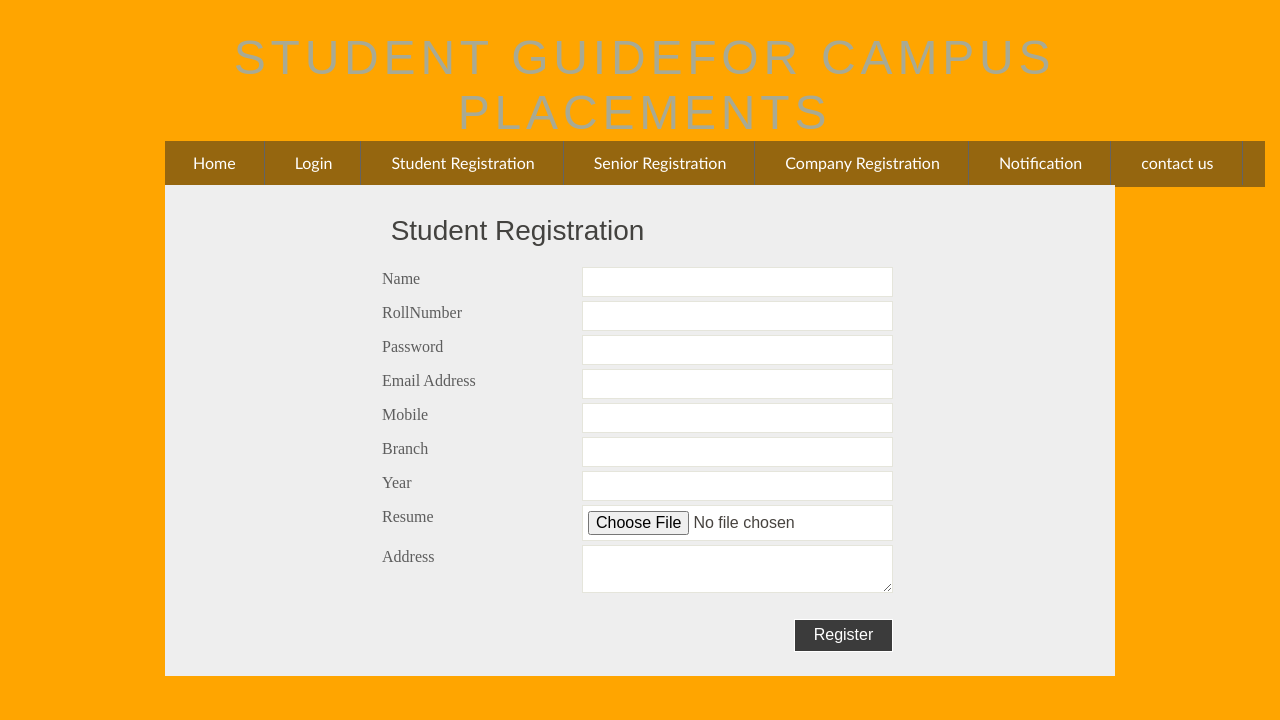
Repository: nithishgurram/campusplacement
Page: http://localhost/CampusPlacementAssistant/studentregistration.jsp
An editor plug-in stored every save of this project. The page is shown before and after the next save, followed by the edit.
The browser window is 1280 px wide. The pictures show the whole page.
The page is served by Tomcat 9. Other server files are loaded and not shown.

Above is the page before, as saved 2022-05-11 10:13:48.

### CampusPlacementAssistant/WebContent/studentregistration.jsp
<!DOCTYPE HTML>

<html>

<head>

<title>e-BhavishyaDwar</title>
<meta name="description" content="website description" />
<meta name="keywords" content="website keywords, website keywords" />
<meta http-equiv="content-type"
	content="text/html; charset=windows-1252" />
<link rel="stylesheet" type="text/css" href="style/style.css"
	title="style" />
</head>

<body>
	<div id="main">
		<div id="header">
			<div id="logo">
				<div id="logo_text">
					<!-- class="logo_colour", allows you to change the colour of the text -->
					<h1 style="text-align:center ">
						<a href="#">STUDENT GUIDEFOR CAMPUS PLACEMENTS</a>
					</h1>
				</div>
			</div>
			<div id="menubar">
				<ul id="menu">

					<li><a href="index.jsp">Home</a></li>
					<li><a href="login.jsp">Login</a></li>
					<li><a href="studentregistration.jsp">Student Registration</a></li>
					<li><a href="seniorregistration.jsp">Senior Registration</a></li>
					<li><a href="companyregistration.jsp">Company Registration</a></li>
					<li><a href="notification.jsp">Notification</a></li>
					<li><a href="contact.jsp">contact us</a></li>

				</ul>
			</div>
		</div>
		<div id="content_header"></div>
		<div id="site_content">
			<div id="content">
				<!-- insert the page content here -->
				<%
					String status = request.getParameter("status");

					if (status != null) {
				%>
				<h1><%=status%></h1>
				<%
					} else {
				%>
				<h1 style="text-align:center">Student Registration</h1>
				<%
					}
				%>

				<form action="VoidmainServlet" method="post" name="appform" enctype="multipart/form-data" style=" width: 50vw; margin-left : 15vw;">

					<input type="hidden" name="type" value="com.voidmain.pojo.Student">
					<input type="hidden" name="operation" value="add">
					<input type="hidden" name="redirect" value="studentregistration.jsp">

					<div class="form_settings">
						<p>
							<span>Name</span><input class="contact" type="text" name="name"
								value="" required="required"/>
						</p>
						<p>
							<span>RollNumber</span><input class="contact" type="text"
								name="rno" pattern="[1][89]BD1A0[0-9][0-9][A-Z 0-9]" value="" required="required"/>
						</p>
						<p>
							<span>Password</span><input class="contact" type="password"
								name="password" value="" required="required" />
						</p>
						<p>
							<span>Email Address</span><input class="contact" type="email"
								name="email" value="" required="required"/>
						</p>
						<p>
							<span>Mobile</span><input class="contact" type="text"
								name="mobile" value="" required="required"/>
						</p>
						<p>
							<span>Branch</span><input class="contact" type="text"
								name="branch" value="" required="required"/>
						</p>
						<p>
							<span>Year</span><input class="contact" type="text"
								name="year" value="" required="required"/>
						</p>

						<p>
							<span>Resume</span>
							<input class="contact" type="file" name="resume" value="" required="required"/>
						</p>
						<p>
							<span>Address</span>
							<textarea class="contact" name="address" required="required"></textarea>
						</p>
						<p style="padding-top: 15px">
							<span>&nbsp;</span><input class="submit" type="submit"
								name="contact_submitted" value="Register" onclick="return validate()" />
						</p>
					</div>
				</form>
			</div>
		</div>
	</div>
</body>
</html>

### CampusPlacementAssistant/WebContent/style/style.css
html
{ height: 100%;}

*
{ margin: 0;
  padding: 0;}

body
{

 <!-- font: normal .80em 'trebuchet ms', arial, sans-serif;

  background: orange;
  background-repeat: no-repeat;
  background-attachment: fixed;
  background-position: center;

  color: #5D5D5D; -->
}

p
{ padding: 0 0 15px 0;
  line-height: 1.5em;}

img
{ border: 0;}

h1, h2, h3, h4, h5, h6
{ font: normal 175% 'century gothic', arial, sans-serif;
  color: #43423F;
  margin: 0 0 15px 0;
  padding: 5px 0 5px 0;}

h2
{ font: normal 175% 'century gothic', arial, sans-serif;
  color: #B60000;
  padding: 15px 0 5px 0;}

h3
{ font: normal 165% 'century gothic', arial, sans-serif;}

h4, h5, h6
{ margin: 0;
  padding: 0 0 5px 0;
  font: normal 120% arial, sans-serif;
  color: #B60000;}

h5, h6
{ font: italic 95% arial, sans-serif;
  color: #888;}

h6
{ color: #362C20;}

a, a:hover
{
  outline: none;
  text-decoration: underline;
  color: #51A9FB;}

a:hover
{ text-decoration: none;
  color: #5D5D5D;}

ul
{ margin: 2px 0 22px 17px;}

ul li
{ list-style-type: circle;
  margin: 0 0 6px 0;
  padding: 0 0 4px 5px;}

ol
{ margin: 8px 0 22px 20px;}

ol li
{ margin: 0 0 11px 0;}

.left
{ float: left;
  width: auto;
  margin-right: 10px;}

.right
{ float: right;
  width: auto;
  margin-left: 10px;}

.center
{ display: block;
  text-align: center;
  margin: 20px auto;}

#main, #header, #logo, #menubar, #site_content, #footer
{ margin-left: auto;
  margin-right: auto;}

#main
{ width: 950px;
  margin: 20px auto;}

#header
{ width: 950px;
  height: 121px;}

#logo
{ width: 910px;
  position: relative;
  height: 100px;
  background: transparent;
  padding: 10px 0 10px 0;}

#logo h1, #logo h2
{ font: normal 300% 'century gothic', arial, sans-serif;
  border-bottom: 0;
  text-transform: none;
  margin: 0 0 0 9px;}

#logo_text h1, #logo_text h1 a, #logo_text h1 a:hover
{ padding: 0px 0 0 0;
  color: #A8AA94;
  letter-spacing: 0.1em;
  text-decoration: none;}

#logo_text h1 a .logo_colour
{ color: #FFF;}

#logo_text h2
{ font-size: 120%;
  padding: 4px 0 0 0;
  color: #A8AA94;}

#menubar
{ height: 46px;
  width: 1100px;
  margin: 1px auto 0 auto;
  background: transparent url(tab.png);}

ul#menu
{ float: left;
  margin: 0;padding: 0;}

ul#menu li
{ float: left;
  padding: 0 0 0 6px;
  list-style: none;
  margin: 0px 2px 0 0;}

ul#menu li a
{ font: normal 100% 'trebuchet ms', sans-serif;
  display: block;
  float: left;
  height: 27px;
  padding: 12px 28px 5px 22px;
  text-align: center;
  color: #FFF;
  border-right: 1px solid #636363;
  text-decoration: none;}

ul#menu li.tab_selected a
{ height: 27px;
  padding: 6px 28px 5px 22px;}

ul#menu li.selected a, ul#menu li.selected a:hover
{ color: #ECEF01;}

ul#menu li a:hover
{ color: #ECEF01;}

#site_content
{ width: 1075spx;
  overflow: hidden;
  margin: 44px auto 0 auto;
  padding: 10px 0 0 25px;
  background: #EEE;
  border-top: 0;
  border-bottom: 0;
  color: #5D5D5D;}

#sidebar_container
{ float: right;
  width: 224px;
  padding: 10px 20px 20px 0;}

.sidebar_top, .sidebar_base
{ width: 222px;
  height: 14px;
  background: transparent url(side_top.png) no-repeat;}

.sidebar_base
{ background: url(side_base.png) no-repeat;}

.sidebar
{ float: right;
  width: 222px;
  padding: 0;
  margin: 0 0 16px 0;}

.sidebar_item
{ background: #FFF;
  padding: 0 15px;
  width: 192px;}

.sidebar_item ul
{ width: 178px;
  padding: 0px 0 0 0;
  margin: 0px 0 0px 0;}

.sidebar_item li
{ list-style: none;
  padding: 0 0 6px 0;margin: 0; }

.sidebar_item li a, .sidebar_item li a:hover
{ padding: 0 0 0 35px;
  display: block;
  background: transparent url(link.png) no-repeat left center;}

.sidebar_item li a.selected
{ color: #444;
  text-decoration: none;}

#content
{ text-align: left;
  width: 655px;
  padding: 15px 0 20px 0;
  margin: 0;}

#content ul
{ margin: 2px 0 12px 0px;}

#content ul li
{ list-style-type: none;
  background: url(bullet.png) no-repeat;
  margin: 0 0 2px 0;
  padding: 0 0 4px 25px;
  line-height: 1.5em;}

#footer
{ width: 950px;
  font: normal 90% 'trebuchet ms',  arial, sans-serif;
  height: 65px;
  padding: 20px 0 5px 0;
  text-align: center;
  color: #FFF;
  background: transparent url(tab.png) repeat;}

#footer p
{ padding: 0 0 10px 0;}

#footer a, #footer a:hover
{ color: #FFF;
  text-decoration: underline;}

#footer a:hover
{ color: #FFF;
  text-decoration: none;}

.search
{ color: #5D5D5D;
  border: 1px solid #BBB;
  width: 134px;
  padding: 4px;
  font: 100% arial, sans-serif;}

.form_settings
{ margin: 15px 0 0 0;}

.form_settings p
{ padding: 0 0 4px 0;}

.form_settings span
{ float: left;
  width: 200px;
  text-align: left;}

.form_settings input, .form_settings textarea
{ padding: 5px;
  width: 299px;
  font: 100% arial;
  border: 1px solid #E5E5DB;
  background: #FFF;
  color: #47433F;}

.form_settings .submit
{ font: 100% arial;
  border: 1px solid;
  width: 99px;
  margin: 0 0 0 212px;
  height: 33px;
  padding: 2px 0 3px 0;
  cursor: pointer;
  background: #3B3B3B;
  color: #FFF;}

.form_settings textarea, .form_settings select
{ font: 100% arial;
  width: 299px;}

.form_settings select
{ width: 310px;}

.form_settings .checkbox
{ margin: 4px 0;
  padding: 0;
  width: 14px;
  border: 0;
  background: none;}

.separator
{ width: 100%;
  height: 0;
  border-top: 1px solid #D9D5CF;
  border-bottom: 1px solid #FFF;
  margin: 0 0 20px 0;}

table
{ margin: 10px 0 30px 0;}

table tr th, table tr td
{ background: #3B3B3B;
  color: #FFF;
  padding: 7px 4px;
  text-align: left;}

table tr td
{ background: #DDD;
  color: #47433F;
  border-top: 1px solid #FFF;}

After the next save:
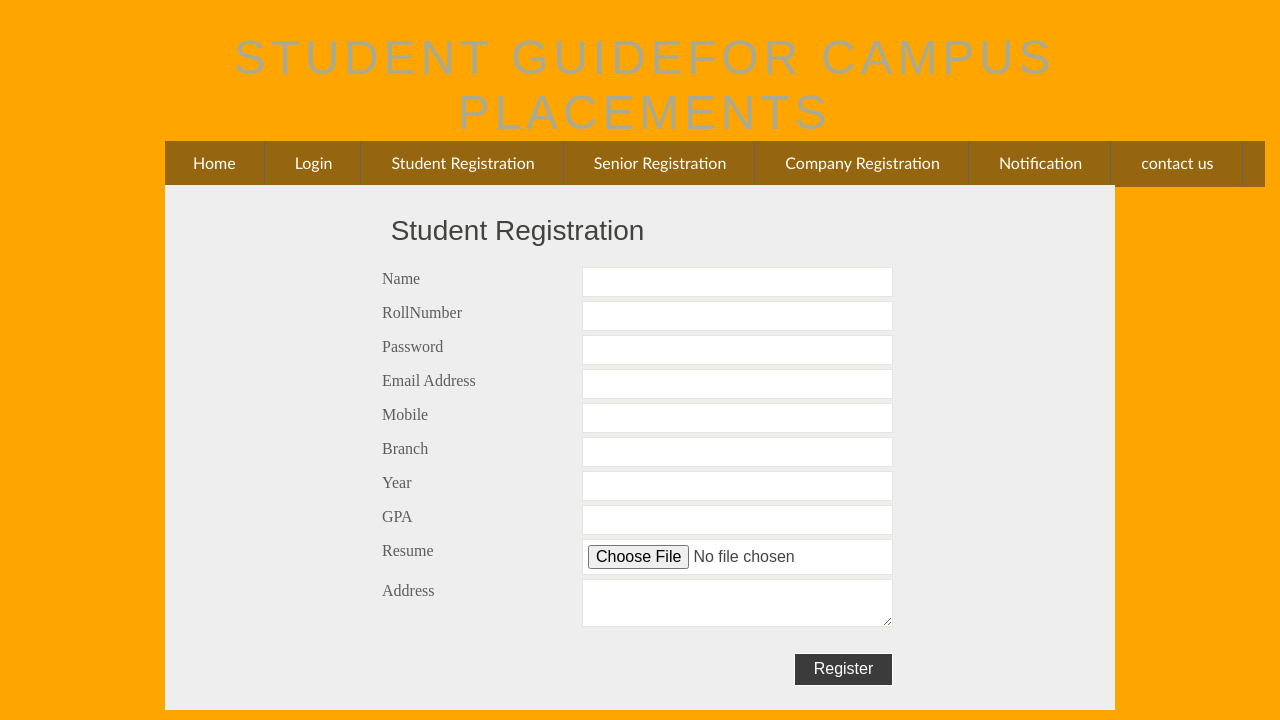
Saved 3 min 17 s later.
--- a/CampusPlacementAssistant/WebContent/studentregistration.jsp
+++ b/CampusPlacementAssistant/WebContent/studentregistration.jsp
@@ -91,7 +91,10 @@
 							<span>Year</span><input class="contact" type="text"
 								name="year" value="" required="required"/>
 						</p>
-
+						<p>
+							<span>GPA</span><input class="contact" type="number"
+								name="gpa" value="" required="required"/>
+						</p>
 						<p>
 							<span>Resume</span>
 							<input class="contact" type="file" name="resume" value="" required="required"/>
